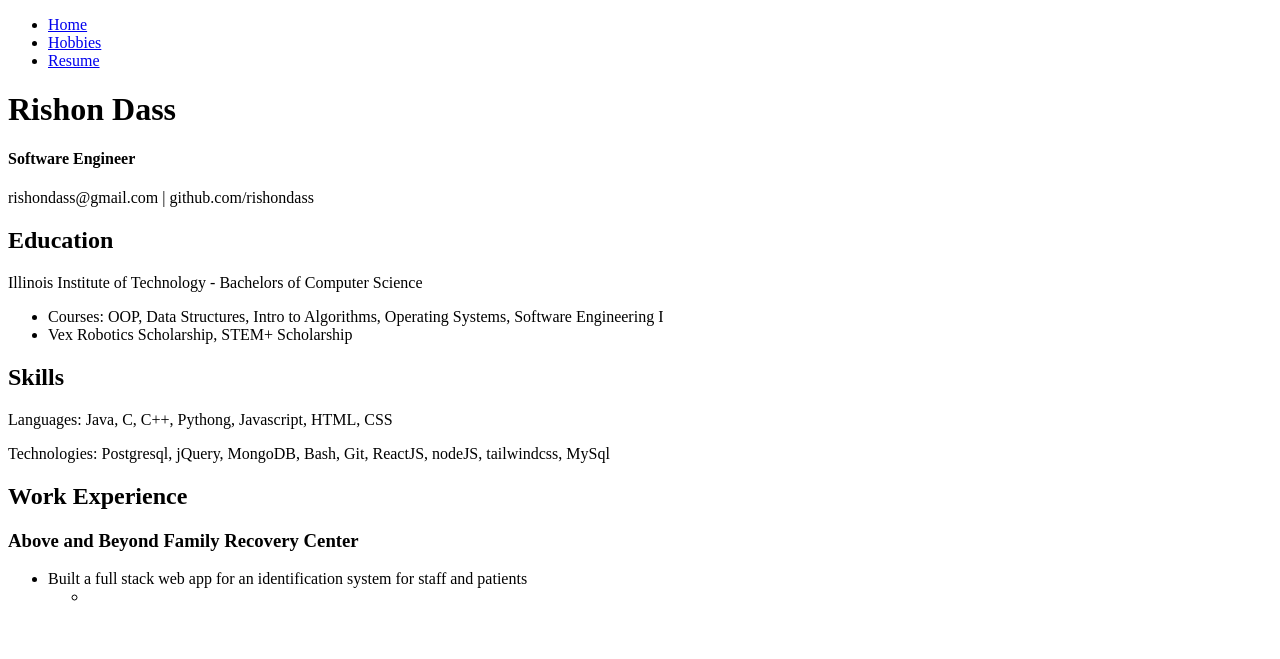
Repository: rishondass/ITMD361-Project1
Page: resume.html
These files come from the project's save history. The page is drawn as it stood at one moment and after a run of saves; the edit follows.
The browser window is 1280 px wide. The pictures show the whole page.

Above is the page before, as saved 2023-02-22 15:22:54.

After the next 2 saves:
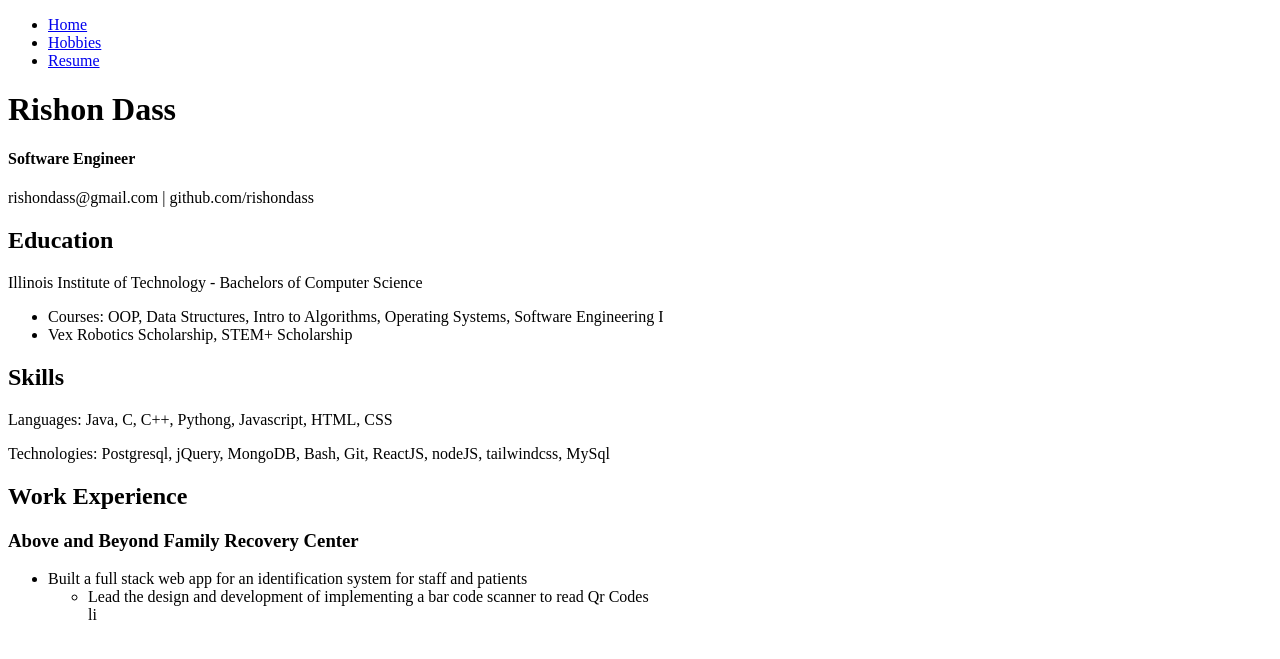
The 2 saves are shown as one change because they came seconds apart.
The last was saved 7 s later.
--- a/resume.html
+++ b/resume.html
@@ -69,8 +69,9 @@
                 Built a full stack web app for an identification system for staff and patients
                 <ul>
                     <li>
-
+                        Lead the design and development of implementing a bar code scanner to read Qr Codes
                     </li>
+                    li
                 </ul>
             </li>
         </ul>
